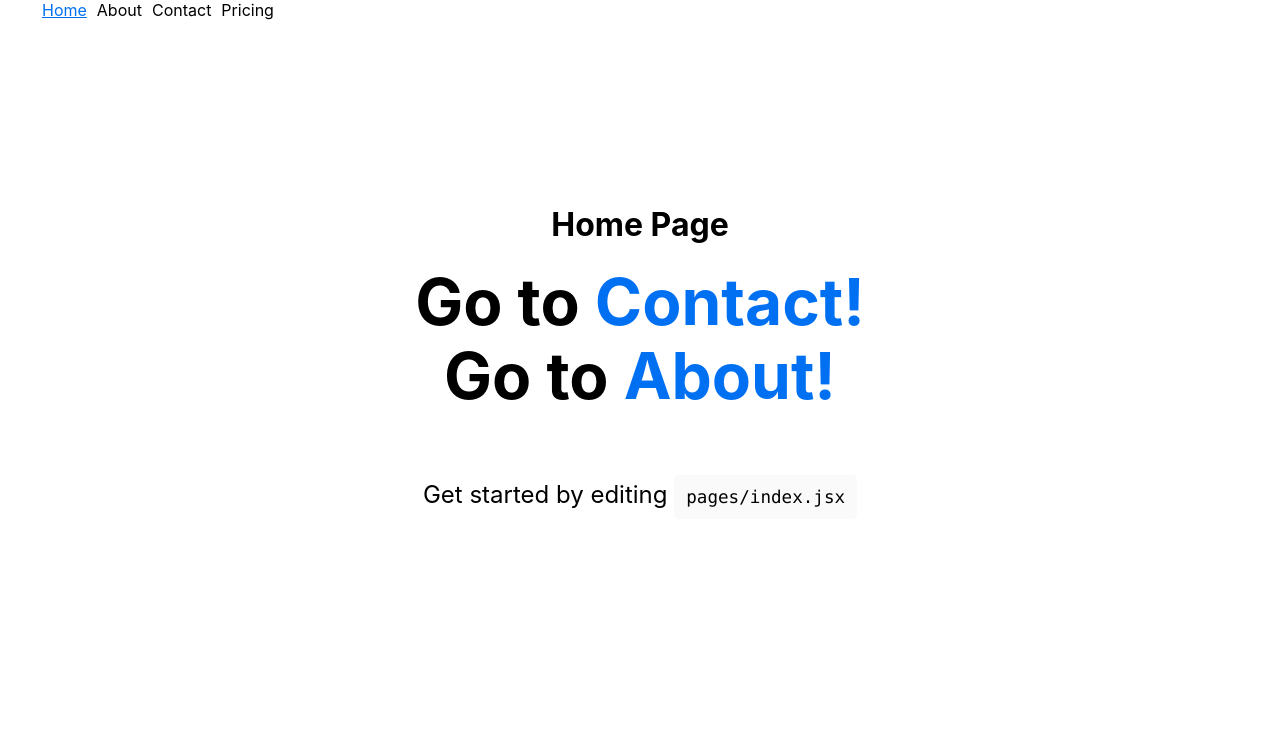
Repository: juagarc4/next-vercel-deploy
Page: /
The author's editor kept a copy of each file at every save. The page is drawn from the files as they stood at one save, then again after the next save.
The browser window is 1280 px wide. The pictures show the whole page.
The project was rebuilt for these pictures with package versions that can differ from the ones it lists, and the page was loaded fresh each time. The framework's server and built-in components were replaced by stand-ins that run in the browser. Also part of the build but not shown: next.config.js.

Above is the page before, as saved 2022-04-29 09:24:22.

After the next save:
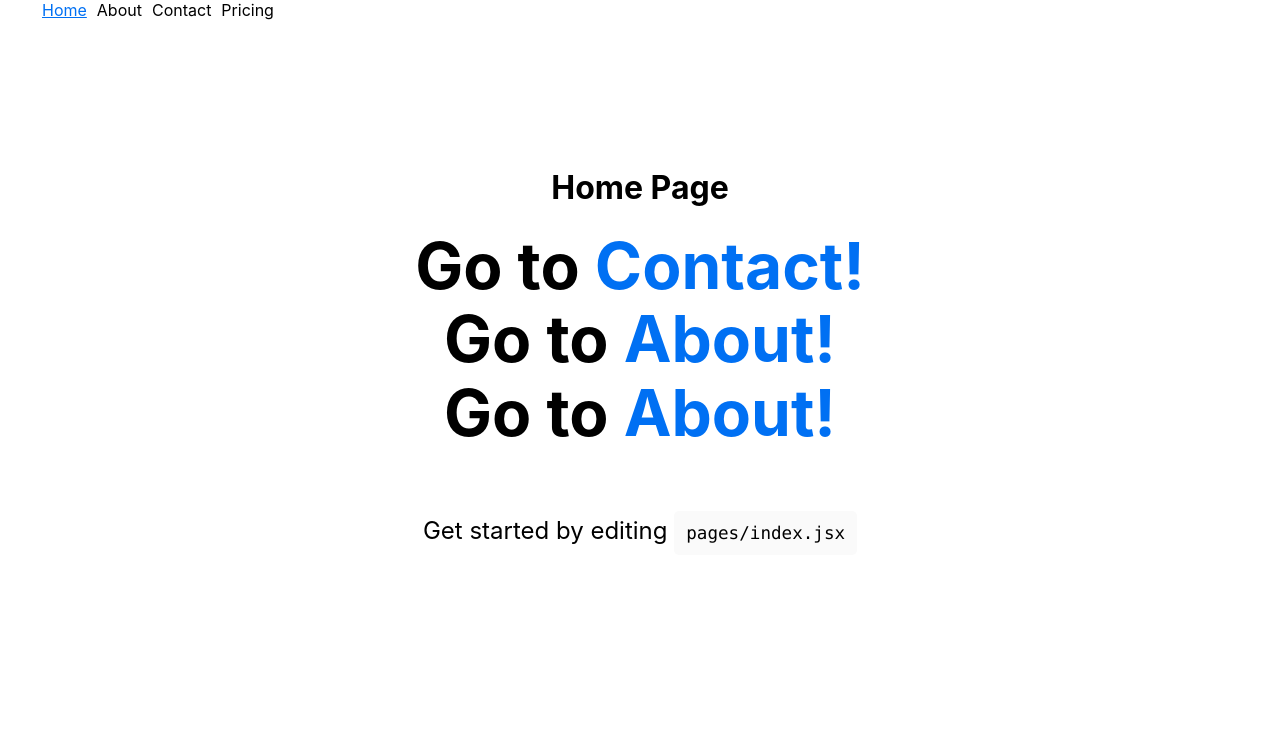
Saved 13 s later.
--- a/pages/index.jsx
+++ b/pages/index.jsx
@@ -11,6 +11,9 @@ export default function HomePage() {
       <h1 className={'title'}>
         Go to <Link href='/about'>About!</Link>
       </h1>
+      <h1 className={'title'}>
+        Go to <Link href='/about'>About!</Link>
+      </h1>
 
       <p className={'description'}>
         Get started by editing <code className={'code'}>pages/index.jsx</code>
